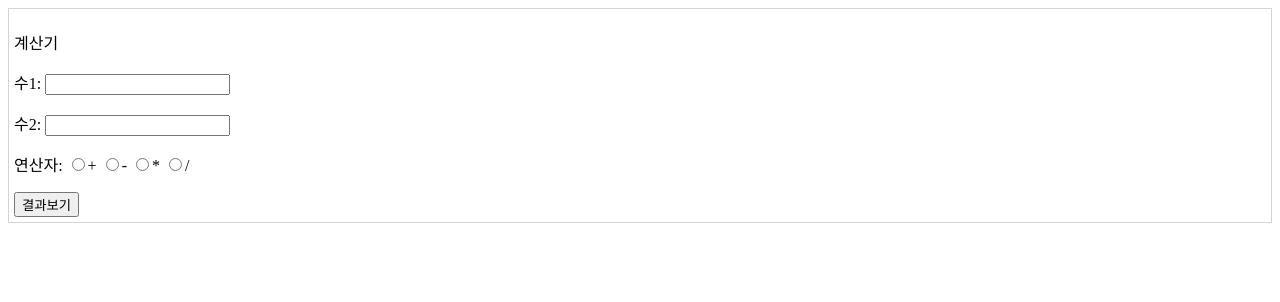
Repository: Kebiskim/2023_jspStudy
Page: 01_servlet/src/main/webapp/view/Ex07.html
These files come from the project's save history. The page is drawn as it stood at one moment and after the next save; the edit follows.
The browser window is 1280 px wide. The pictures show the whole page.

Above is the page before, as saved 2023-06-30 04:10:13.

### 01_servlet/src/main/webapp/view/Ex07.html
<!DOCTYPE html>
<html>
<head>
<meta charset="UTF-8">
<title>Calculator</title>
<style type="text/css">
	#border1{
	  width : auto;
	  height: auto;
	  border: 1px solid lightgray;
	  padding: 5px;
	}
</style>
</head>
<body>
	<div id="border1">
		<p>계산기</p>
		<p>수1: <input type="text" name="num1" id="num1"></p>
		<p>수2: <input type="text" name="num2" id="num2"></p>
		<p>연산자: <input type="radio" name="chk_info" value="CSS">+
				 <input type="radio" name="chk_info" value="CSS">-
				 <input type="radio" name="chk_info" value="CSS">*
				 <input type="radio" name="chk_info" value="CSS">/
		</p>
		<button>결과보기</button>
	</div>
</body>
</html>

After the next save:
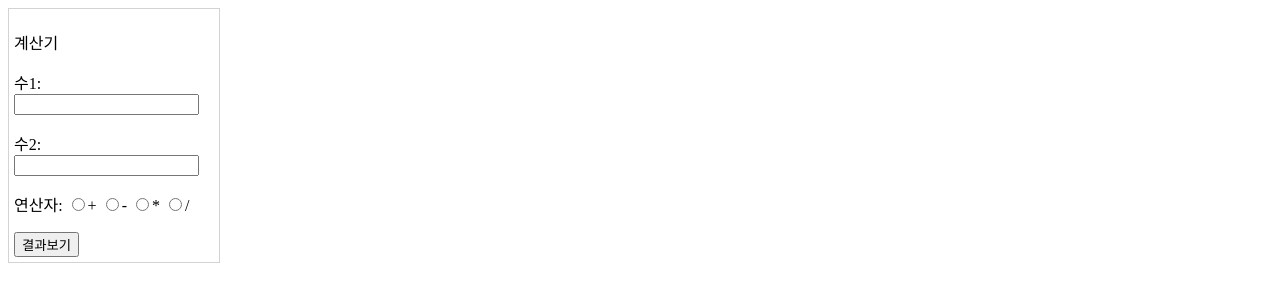
Saved 13 s later.
--- a/01_servlet/src/main/webapp/view/Ex07.html
+++ b/01_servlet/src/main/webapp/view/Ex07.html
@@ -5,7 +5,7 @@
 <title>Calculator</title>
 <style type="text/css">
 	#border1{
-	  width : auto;
+	  width : 200px;
 	  height: auto;
 	  border: 1px solid lightgray;
 	  padding: 5px;
